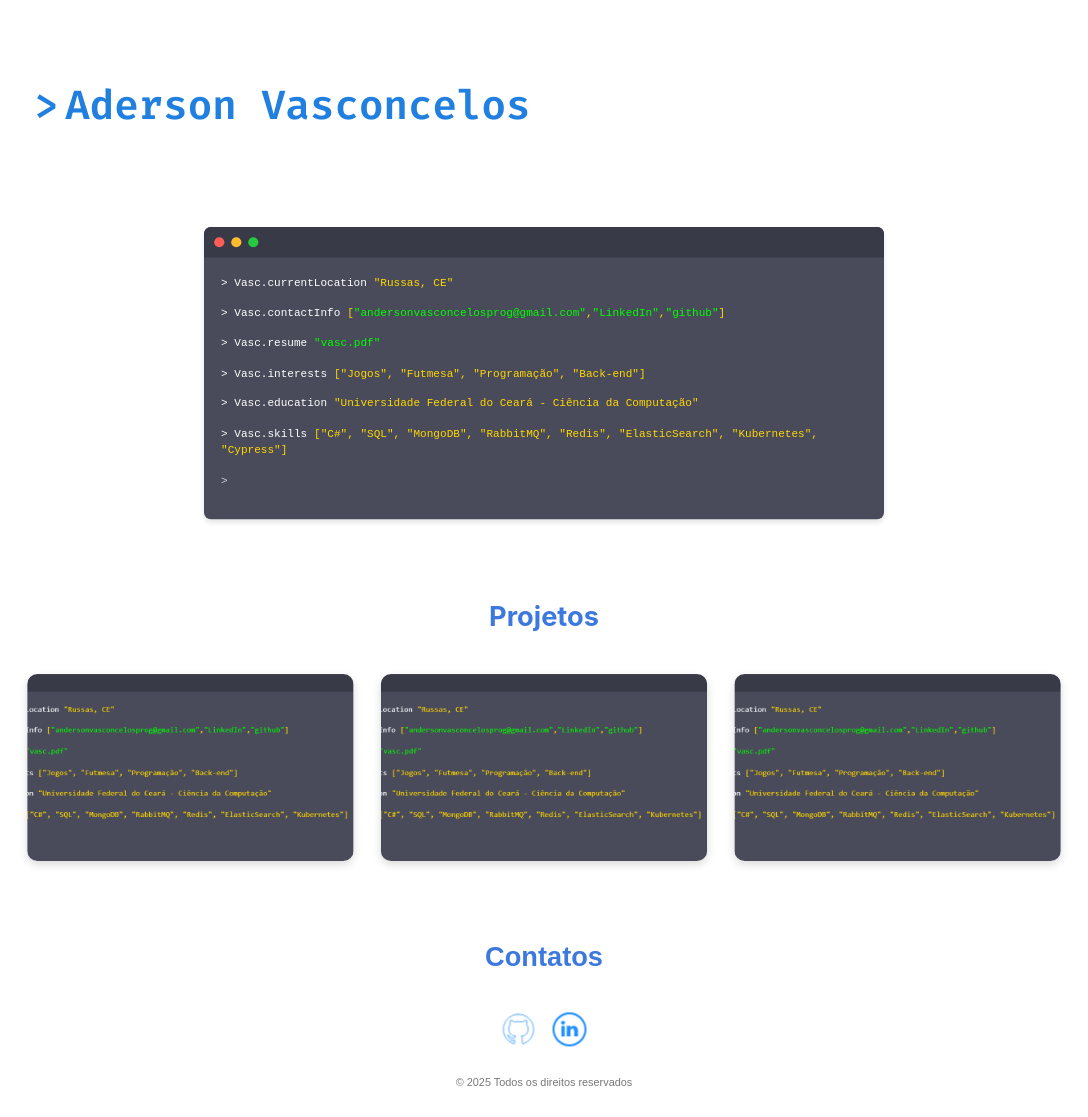
Repository: vascsx/portfolio_vascsx
Page: /
These files come from the project's save history. The page is drawn as it stood at one moment and after the next save; the edit follows.
The browser window is 1280 px wide. The pictures show the whole page, at 85% of full size.
The project was rebuilt for these pictures with package versions that can differ from the ones it lists, and the page was loaded fresh each time.

Above is the page before, as saved 2025-03-15 14:54:39.

After the next save:
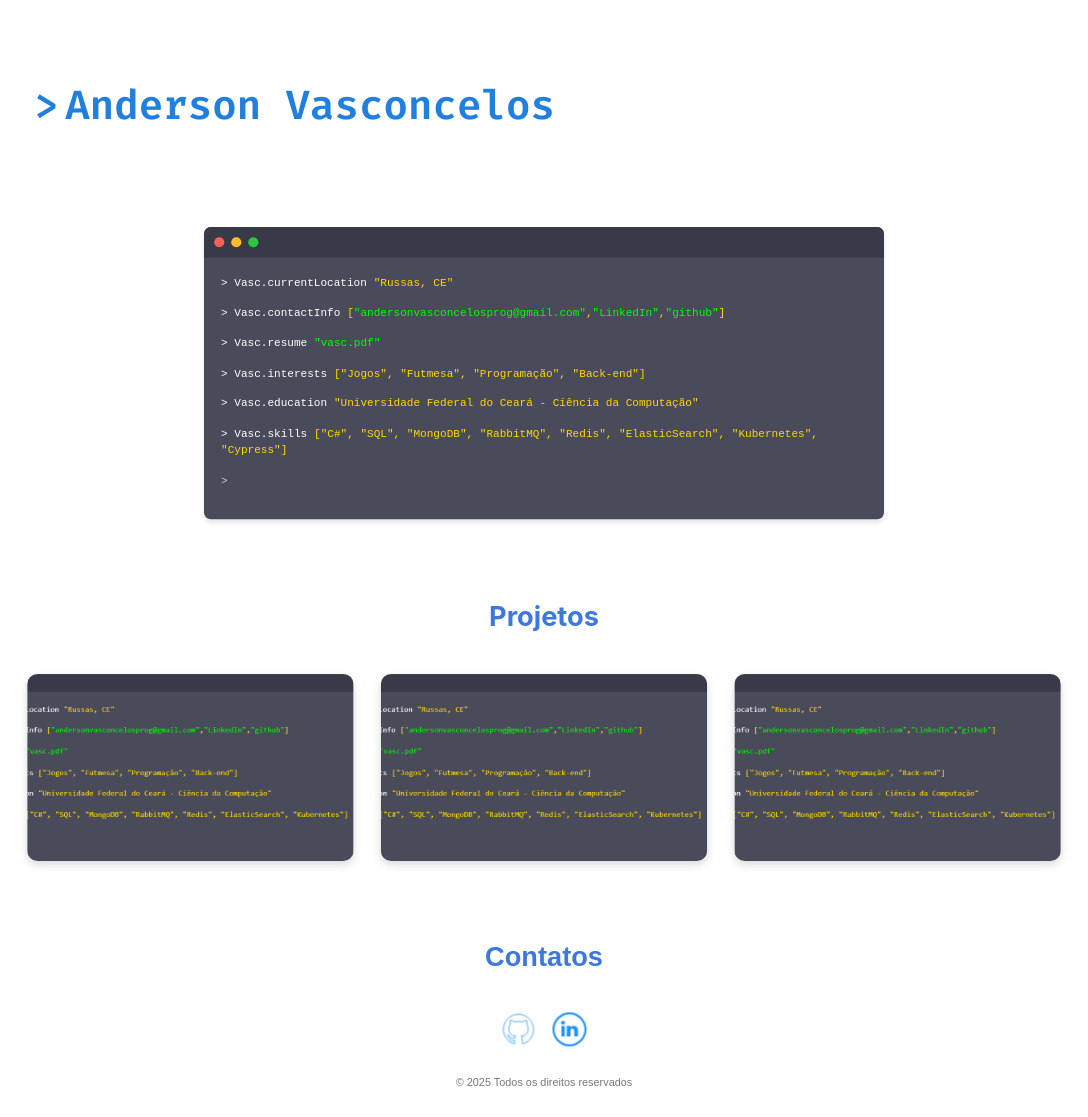
Saved 13 s later.
--- a/src/components/Resume.tsx
+++ b/src/components/Resume.tsx
@@ -4,7 +4,7 @@
 
 const Resume: React.FC = () => {
   const [text, setText] = useState('');
-  const fullText = 'Anderson Vasconcelos';
+  const fullText = 'Annderson Vasconcelos';
 
   useEffect(() => {
     let index = 0;

After the save that followed:
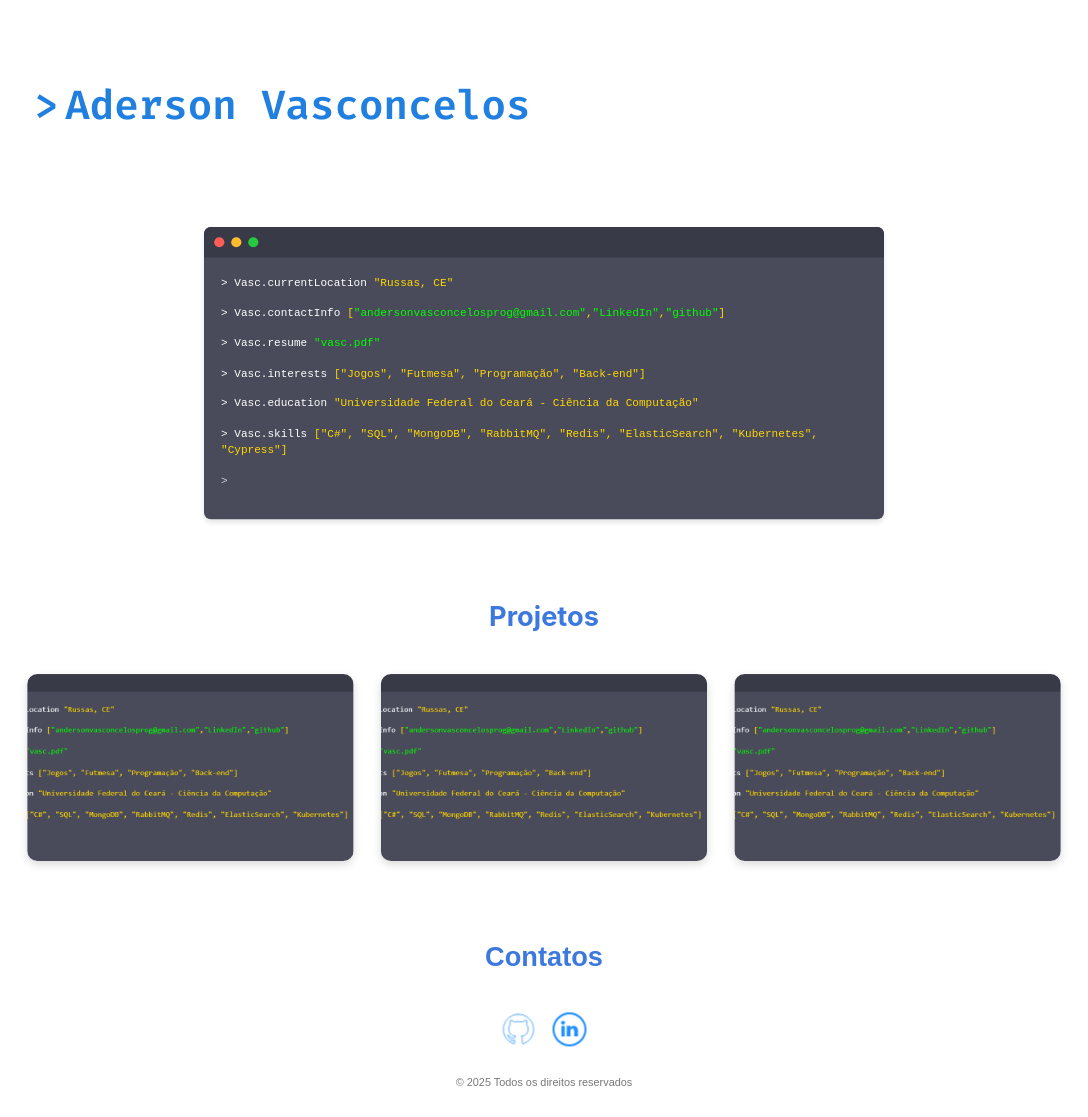
Saved 34 s later.
--- a/src/components/Resume.tsx
+++ b/src/components/Resume.tsx
@@ -4,7 +4,7 @@
 
 const Resume: React.FC = () => {
   const [text, setText] = useState('');
-  const fullText = 'Annderson Vasconcelos';
+  const fullText = 'Anderson Vasconcelos'; // Verifique se o texto está correto aqui
 
   useEffect(() => {
     let index = 0;
